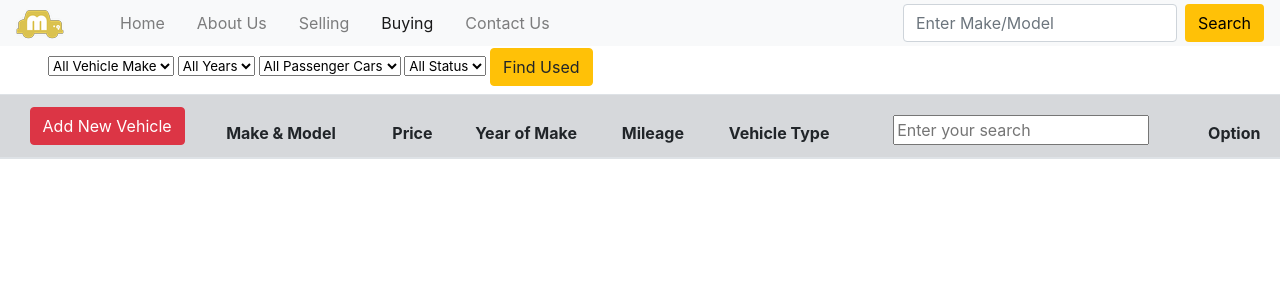
Repository: 99Ace/Project3-car-listing
Page: http://localhost/
The author's editor kept a record of every edit. The page is drawn from the files as they stood at one moment, then again after the next edit.
The browser window is 1280 px wide. The pictures show the whole page.
Some web libraries are served in a nearby version. The page is served by the project's application, run on Flask 3 (app.py). Queries for data that is not in the repository find no rows.

Above is the page before.

After the next edit:
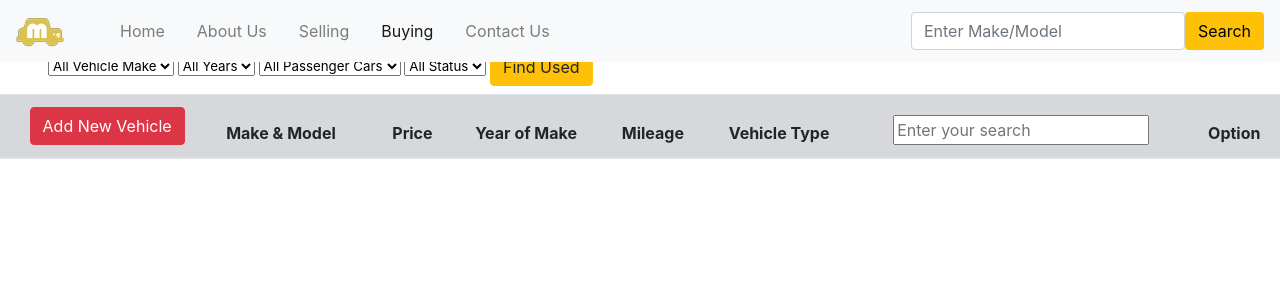
The edit:
--- a/templates/index.html
+++ b/templates/index.html
@@ -42,8 +42,8 @@
           </li>
         </ul>
         <form class="form-inline my-2 my-lg-1">
-          <input class="form-control mr-sm-2" type="search" placeholder="Enter Make/Model" aria-label="Search">
-          <button class="btn bg-warning my-2 my-sm-0" type="submit">Search</button>
+          <input class="form-control " type="search" placeholder="Enter Make/Model" aria-label="Search">
+          <button class="btn bg-warning my-2 " type="submit">Search</button>
         </form>
       </div>
     </nav>
